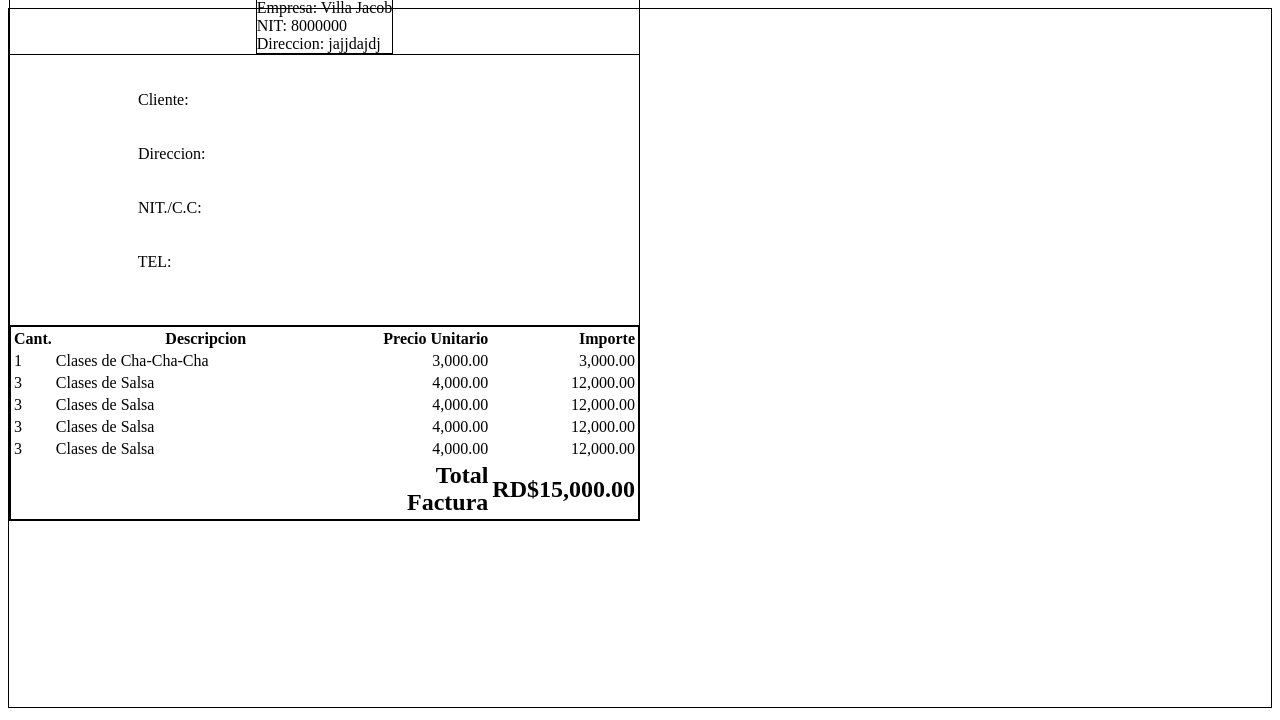
Repository: MrVanQish/FacturaEstructura
Page: index.html
An editor plug-in stored every save of this project. The page is shown before and after a run of saves, followed by the edit.
The browser window is 1280 px wide. The pictures show the whole page.

Above is the page before, as saved 2021-09-29 11:02:49.

### index.html
<!DOCTYPE html>
<html lang="en">
<head>
    <meta charset="UTF-8">
    <meta http-equiv="X-UA-Compatible" content="IE=edge">
    <meta name="viewport" content="width=device-width, initial-scale=1.0">
    <title>Document</title>
    <link rel="stylesheet" href="styles.css">
</head>
<body>

    <div class="wrapper">

        <div class="factura1">
                <div class="infoEmpresa-f">
                    Empresa: Villa Jacob
                    <br>
                    NIT: 8000000
                    <br>
                    Direccion: jajjdajdj
                </div>

                <div class="infoCliente-f">
                    <table>
                          <tbody>
                            <tr>
                                Cliente:
                            </tr>
                            <br>
                            <tr>
                                Direccion:
                            </tr>
                            <br>
                            <tr>
                                NIT./C.C:
                            </tr>

                            <br>
                            <tr>
                                TEL:
                            </tr>


                          </tbody>
                    </table>
                </div>


                    <div class="items-f row my-5">
                        <table class="table table-borderless factura">
                          <thead>
                            <tr>
                              <th>Cant.</th>
                              <th>Descripcion</th>
                              <th>Precio Unitario</th>
                              <th>Importe</th>
                            </tr>
                          </thead>
                          <tbody>
                            <tr>
                              <td>1</td>
                              <td>Clases de Cha-Cha-Cha</td>
                              <td>3,000.00</td>
                              <td>3,000.00</td>
                            </tr>
                            <tr>
                              <td>3</td>
                              <td>Clases de Salsa</td>
                              <td>4,000.00</td>
                              <td>12,000.00</td>
                            </tr>
                            <tr>
                              <td>3</td>
                              <td>Clases de Salsa</td>
                              <td>4,000.00</td>
                              <td>12,000.00</td>
                            </tr>
                            <tr>
                              <td>3</td>
                              <td>Clases de Salsa</td>
                              <td>4,000.00</td>
                              <td>12,000.00</td>
                            </tr>
                            <tr>
                                <td>3</td>
                                <td>Clases de Salsa</td>
                                <td>4,000.00</td>
                                <td>12,000.00</td>
                              </tr>

                          </tbody>
                          <tfoot>
                            <tr>
                              <th></th>
                              <th></th>
                              <th>Total Factura</th>
                              <th>RD$15,000.00</th>
                            </tr>
                          </tfoot>
                        </table>
                        <div class="cond row"></div>
                      </div>

        </div>

    </div>









    </div>

</body>
</html>

### styles.css
@page {
    size: A4 landscape;
}

.factura {
  table-layout: fixed;
}

.factura > thead {
  border-top: solid 3px #000;
  border-bottom: 3px solid #000;
}

.factura > thead > tr > th:nth-child(2), .factura > tbod > tr > td:nth-child(2) {
  width: 300px;
}

.factura > thead > tr > th:nth-child(n+3) {
  text-align: right;
}

.factura > tbody > tr > td:nth-child(n+3) {
  text-align: right;
}

.factura > tfoot > tr > th, .factura > tfoot > tr > th:nth-child(n+3) {
  font-size: 24px;
  text-align: right;
}


.wrapper {
    height: 97vh;
    border: 1px solid #000;
    display: grid;
    grid-template-columns: 1fr 1fr;
    grid-template-rows: 500px;
    grid-template-areas:
      "f1 f2";
  }

  .factura1 {

    display: grid;
    grid-area: f1;
    align-self: center;
    justify-self: center;
    border: 1px solid #000;
    grid-template-columns: 1fr;
    grid-template-rows: auto auto auto;
    grid-template-areas:
      "infoEmpresa-f"
      "infoCliente-f"
      "items-f"
  }


.infoEmpresa-f{

    grid-area: infoEmpresa-f;
    border: 1px solid #000;
    align-self: center;
    justify-self: center;

}

.infoCliente-f{
    grid-area: infoCliente-f;
    border: 1px solid #000;
    align-self: center;
    justify-self: center;
    width: 100%;
    white-space: pre;
}

.items-f{
    grid-area: items-f;
    border: 1px solid #000;
    align-self: center;
    justify-self: center;
}

After the next 2 saves:
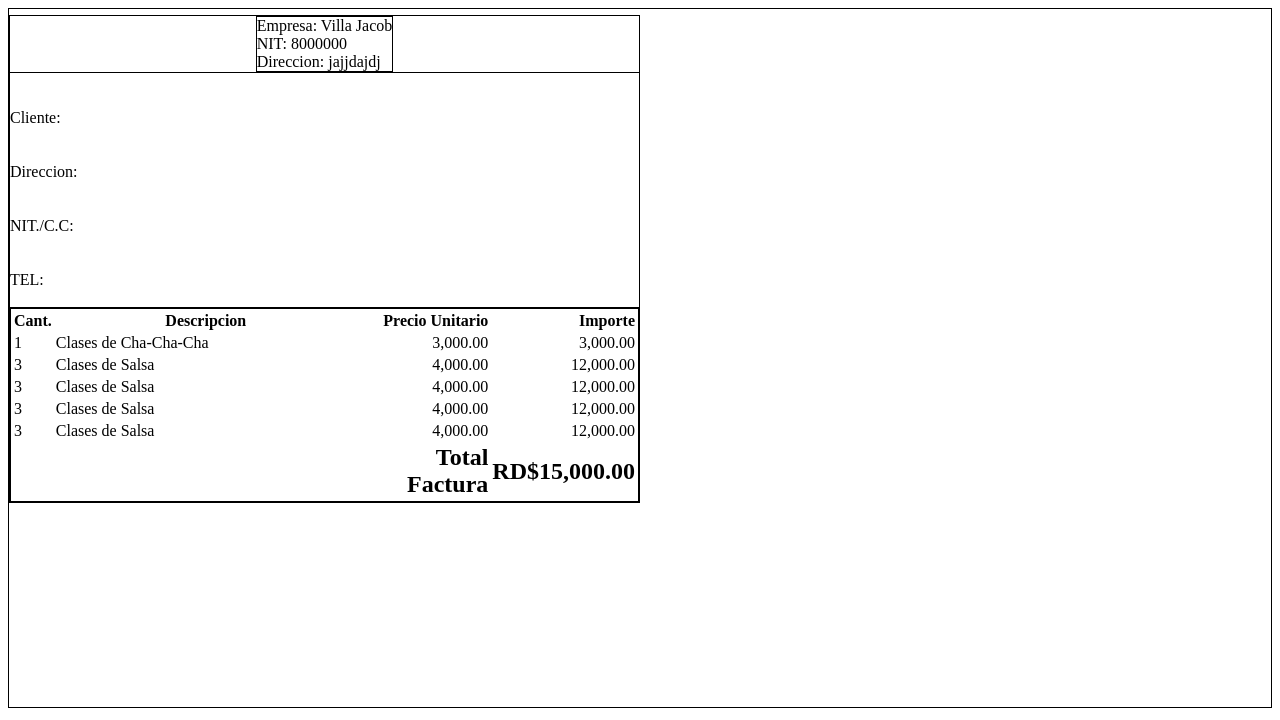
The 2 saves are shown as one change because they came seconds apart.
The last was saved 7 s later.
--- a/styles.css
+++ b/styles.css
@@ -70,7 +70,7 @@
     align-self: center;
     justify-self: center;
     width: 100%;
-    white-space: pre;
+    white-space: pre-line;
 }
 
 .items-f{
